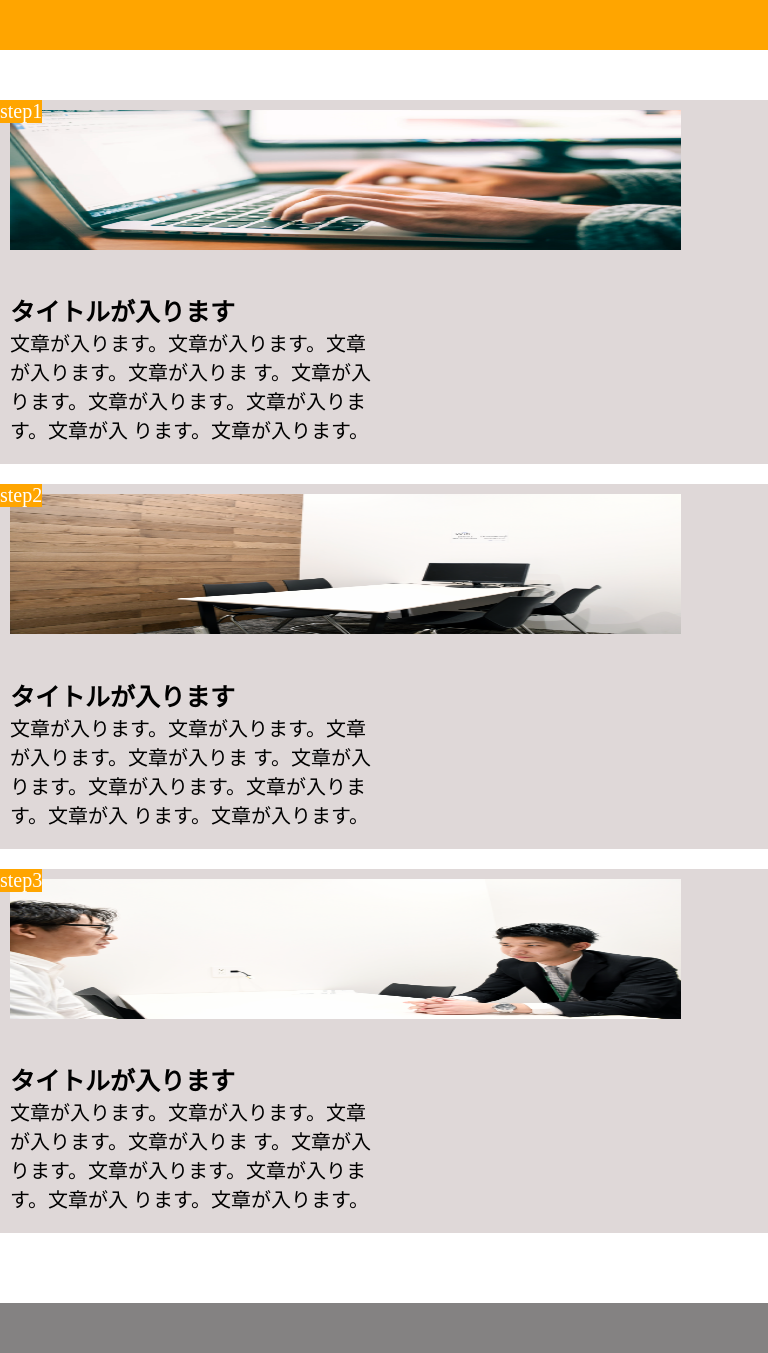
Repository: ishidaryu/ishidaryu
Page: HW/HW.html
The author's editor kept a record of every edit. The page is drawn from the files as they stood at one moment, then again after the next edit.
The browser window is 768 px wide. The pictures show the whole page.

Above is the page before.

### HW/HW.html
<!DOCTYPE html>
<html lang="ja">

  <head>
     <meta charset="UTF-8" />
     <link rel="stylesheet" href="HW.css" />
  </head>

  <body>

    <header></header>


    <main>
      <section class="blog">
        <div calss-="blog-box">

          <div class="blog-item">
            <div class="blog-box1">
              <img class="blog-image" src="flow01.png" />
              <p style="text-align:center">
                step1
              </p>
            </div>

              <section class="blog-text">
                <h3 class="blog-text-headimg">
                  <p class="blog-title">
                    タイトルが入ります
                  </p>
                </h3>
              <p class="blog-date">
                文章が入ります。文章が入ります。文章が入ります。文章が入りま
                す。文章が入ります。文章が入ります。文章が入ります。文章が入
                ります。文章が入ります。
                </p>
              </section>
            </div>

          <div class="blog-item">
            <div class="blog-box2">

              <img class="blog-image" src="flow02.png" />
               <p style="text-align:center">
                step2
               </p>
            </div>

                <section class="blog-text">
                  <h3 class="blog-text-headimg">
                    <p class="blog-title">
                      タイトルが入ります
                    </p>
                  </h3>
                <p class="blog-date">
                      文章が入ります。文章が入ります。文章が入ります。文章が入りま
                      す。文章が入ります。文章が入ります。文章が入ります。文章が入
                      ります。文章が入ります。
                </p>
                </section>
          </div>

          <div class="blog-item">
            <div class="blog-box3">
              <img class="blog-image" src="flow03.png" />
              <p style="text-align:center">
                step3
              </p>
            </div>
                <section class="blog-text">
                  <h3 class="blog-text-headimg">
                    <p class="blog-title">
                      タイトルが入ります
                    </p>
                </h3>
              <p class="blog-date">
                      文章が入ります。文章が入ります。文章が入ります。文章が入りま
                      す。文章が入ります。文章が入ります。文章が入ります。文章が入
                      ります。文章が入ります。
                </p>
                </section>
            </div>
        </section>
        </div>

    </main>


    <footer></footer>

  </body>
</html>

### HW/HW.css
* {
  margin: 0;
  padding: 0;
  box-sizing: border-box;

}



a {
  text-decoration: none;
}

header {
  width: 100%;
  height: 50px;
  background-color: orange;
}

main {
  width: 100%;
  display: flex;
  justify-content: center;
  margin: 0 auto;
  padding: 50px 0;
}

.blog {
  width: 90%;
}


.blog-box {
  padding-top: 50px;
}

.blog-box1 {
  position: relative;
}

.blog-box1 p {
  position: absolute;
  color: white;
  top: 0;
  left: 0;
  margin: 0;
  background: orange;
  font-size: 20px;
}

.blog-box2 {
  position: relative;
}

.blog-box2 p {
  position: absolute;
  color: white;
  top: 0;
  left: 0;
  margin: 0;
  background: orange;
  font-size: 20px;
}

.blog-box3 {
  position: relative;
}

.blog-box3 p {
  position: absolute;
  color: white;
  top: 0;
  left: 0;
  margin: 0;
  background: orange;
  font-size: 20px;
}

.blog-item {
  padding-bottom: 10px;
  margin-bottom: 20px;
  justify-content: flex-start;
  background-color: #dfd8d8;
}

.blog-image {
  width: 100%;
  height: 150px;
  padding: 10px 10px 0 10px;
}

.blog-text {
  padding: 10px;
}

.blog-text-heading {
  padding-bottom: 15px;
}

.blog-title {
  font-size: 25px;
}

.blog-date {
  font-size: 20px;
}


footer {
  width: 100%;
  height: 50px;
  background-color: #848282;
}

@media screen and (max-width: 768px) {

   main {
     width: 100%;
     display: block;
   }

  .blog {
    width: 100%;
    display: block;
  }

  .blog-image {
    width: 90%;
  }

  .blog-text {
    width: 50%;
    padding-top: 5%;
  }
}

After the next edit:
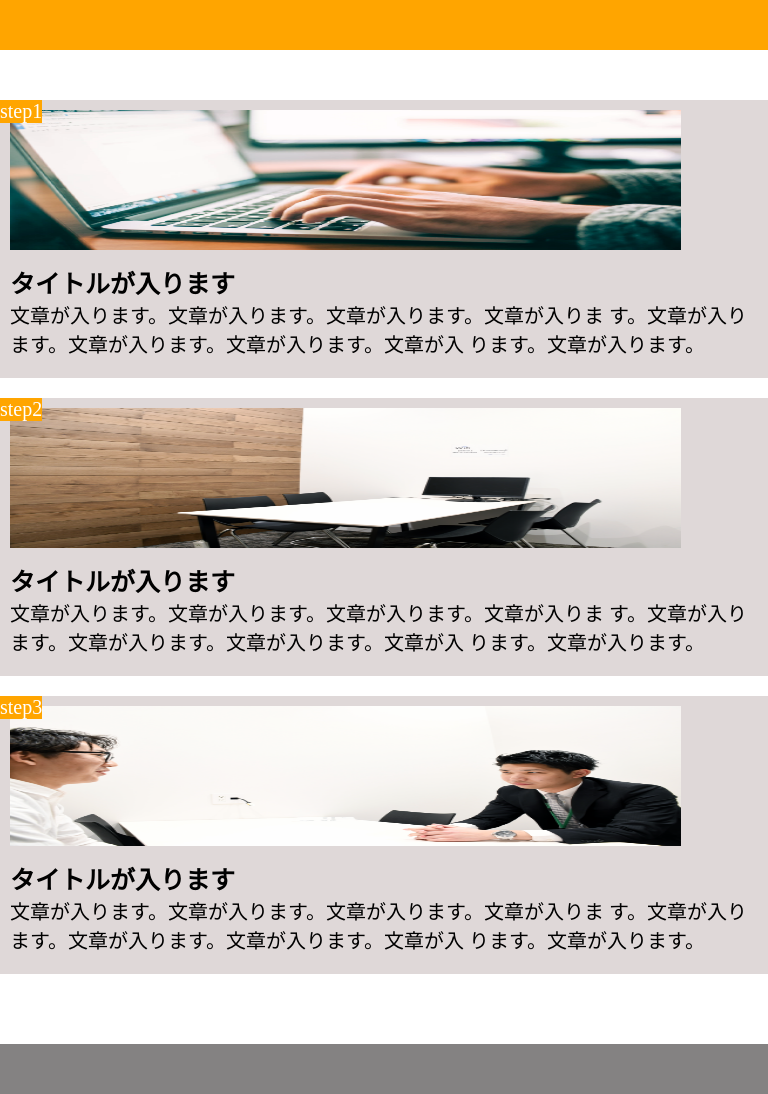
The edit:
--- a/HW/HW.css
+++ b/HW/HW.css
@@ -129,7 +129,6 @@
   }
 
   .blog-text {
-    width: 50%;
-    padding-top: 5%;
+    width: 100%;
   }
 }
